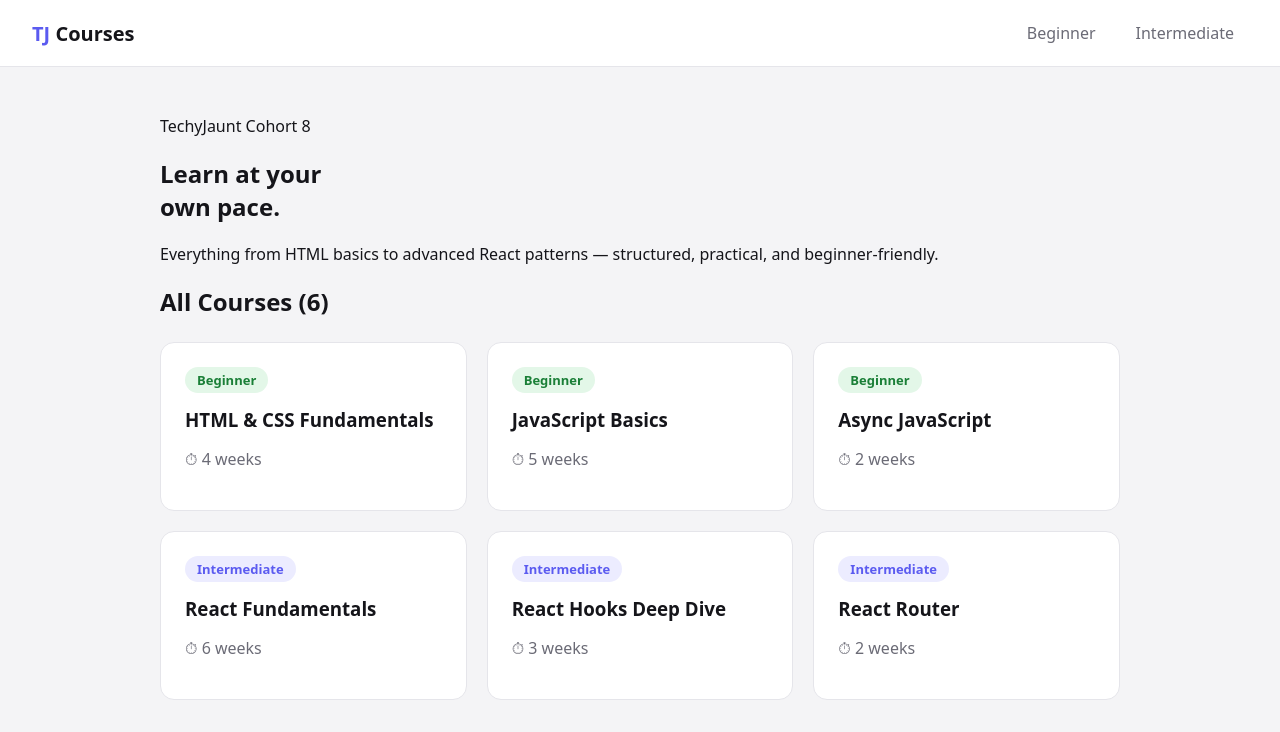
Repository: Daki-builds/Course-Catalog
Page: /
These files come from the project's save history. The page is drawn as it stood at one moment and after the next save; the edit follows.
The browser window is 1280 px wide. The pictures show the whole page.
The project was rebuilt for these pictures with package versions that can differ from the ones it lists, and the page was loaded fresh each time. Also part of the build but not shown: vite.config.js, src/Pages/CourseDetail.jsx, src/Pages/Category.jsx, src/Pages/NotFound.jsx.

Above is the page before, as saved 2026-11-04 11:48:28.

### index.html
<!doctype html>
<html lang="en">
  <head>
    <meta charset="UTF-8" />
    <link rel="icon" type="image/svg+xml" href="/favicon.svg" />
    <meta name="viewport" content="width=device-width, initial-scale=1.0" />
    <title>week-11</title>
  </head>
  <body>
    <div id="root"></div>
    <script type="module" src="/src/main.jsx"></script>
  </body>
</html>

### src/main.jsx
import React from "react";
import ReactDOM from "react-dom/client";
import { BrowserRouter } from "react-router-dom";
import App from "./App.jsx";
import "./index.css";

ReactDOM.createRoot(document.getElementById("root")).render(
  <React.StrictMode>
    <BrowserRouter>
      <App />
    </BrowserRouter>
  </React.StrictMode>,
);

### src/App.jsx
import { Routes, Route } from "react-router-dom";
import Navbar from "./components/Navbar";
import Home from "./pages/Home";
import CourseDetail from "./pages/CourseDetail";
import Category from "./pages/Category";
import NotFound from "./pages/NotFound";

export default function App() {
  return (
    <>
      <Navbar />
      <main className="container">
        <Routes>
          <Route path="/" element={<Home />} />
          <Route path="/courses/:slug" element={<CourseDetail />} />
          <Route path="/category/:category" element={<Category />} />
          <Route path="*" element={<NotFound />} />
        </Routes>
      </main>
    </>
  );
}

### src/index.css
* {
  box-sizing: border-box;
}

body {
  margin: 0;
  font-family: system-ui, sans-serif;
  background: #f4f4f6;
  color: #15151a;
}

.container {
  max-width: 1000px;
  margin: 0 auto;
  padding: 32px 20px;
}

/* Navbar */
.navbar {
  display: flex;
  align-items: center;
  gap: 12px;
  padding: 14px 32px;
  background: #fff;
  border-bottom: 1px solid #e5e5ea;
}
.logo {
  font-weight: 800;
  font-size: 20px;
  color: #5b5bf0;
  text-decoration: none;
  margin-right: auto;
}
.logo span {
  color: #15151a;
}
.nav-link {
  padding: 8px 14px;
  border-radius: 8px;
  text-decoration: none;
  color: #6b6b76;
}
.nav-link:hover {
  background: #f4f4f6;
}
.nav-link.active {
  background: #ececff;
  color: #5b5bf0;
  font-weight: 600;
}

/* Cards */
.grid {
  display: grid;
  grid-template-columns: repeat(auto-fill, minmax(260px, 1fr));
  gap: 20px;
  margin-top: 24px;
}
.card {
  background: #fff;
  border: 1px solid #e5e5ea;
  border-radius: 14px;
  padding: 24px;
  text-decoration: none;
  color: inherit;
  transition:
    transform 0.15s,
    box-shadow 0.15s;
}
.card:hover {
  transform: translateY(-3px);
  box-shadow: 0 8px 20px rgba(0, 0, 0, 0.08);
}
.card h3 {
  margin: 14px 0 8px;
}

/* Badges */
.badge {
  display: inline-block;
  padding: 4px 12px;
  border-radius: 999px;
  font-size: 13px;
  font-weight: 600;
  background: #e3f7e8;
  color: #1a7f37;
}
.badge.intermediate {
  background: #ececff;
  color: #5b5bf0;
}

.muted {
  color: #6b6b76;
}

/* Detail page */
.panel {
  background: #fff;
  border: 1px solid #e5e5ea;
  border-radius: 14px;
  padding: 24px;
  line-height: 1.7;
}
.topics {
  list-style: none;
  padding: 0;
}
.topics li {
  background: #fff;
  border: 1px solid #e5e5ea;
  border-radius: 10px;
  padding: 14px 18px;
  margin-bottom: 10px;
}

/* Buttons */
.btn,
.btn-outline {
  display: inline-block;
  padding: 12px 24px;
  border-radius: 8px;
  font-size: 16px;
  cursor: pointer;
  text-decoration: none;
}
.btn {
  background: #5b5bf0;
  color: #fff;
  border: none;
}
.btn:hover {
  background: #4a4ad8;
}
.btn-outline {
  background: #fff;
  border: 1px solid #e5e5ea;
}
.btn-outline:hover {
  background: #f4f4f6;
}

.center {
  text-align: center;
  padding: 60px 0;
}

### src/Components/Navbar.jsx
import { Link, NavLink } from "react-router-dom";

export default function Navbar() {
  const linkClass = ({ isActive }) =>
    isActive ? "nav-link active" : "nav-link";

  return (
    <nav className="navbar">
      <Link to="/" className="logo">
        TJ <span>Courses</span>
      </Link>
      <NavLink to="/category/Beginner" className={linkClass}>
        Beginner
      </NavLink>
      <NavLink to="/category/Intermediate" className={linkClass}>
        Intermediate
      </NavLink>
    </nav>
  );
}

### src/Pages/Home.jsx
import { courses } from "../data/courses";
import CourseCard from "../components/CourseCard";

export default function Home() {
  return (
    <>
      <section className="hero">
        <p className="eyebrow">TechyJaunt Cohort 8</p>
        <h1>
          Learn at your <br /> own pace.
        </h1>
        <p className="intro">
          Everything from HTML basics to advanced React patterns — structured,
          practical, and beginner-friendly.
        </p>
      </section>

      <div className="section-head">
        <h2>
          All Courses <span className="count">({courses.length})</span>
        </h2>
      </div>

      <div className="grid">
        {courses.map((c) => (
          <CourseCard key={c.slug} course={c} />
        ))}
      </div>
    </>
  );
}

### src/data/courses.js
export const courses = [
  {
    id: 1,
    slug: "html-css-fundamentals",
    title: "HTML & CSS Fundamentals",
    category: "Beginner",
    duration: "4 weeks",
    description:
      "Learn the building blocks of every website. You will understand how browsers read HTML structure and how CSS turns raw markup into a polished, responsive layout.",
    topics: [
      "HTML document structure",
      "CSS selectors and specificity",
      "The box model",
      "Flexbox",
      "Responsive design with media queries",
    ],
  },
  {
    id: 2,
    slug: "javascript-basics",
    title: "JavaScript Basics",
    category: "Beginner",
    duration: "5 weeks",
    description:
      "Write your first real programs. This course covers the core language features every JavaScript developer uses daily, from variables and loops to working with the DOM.",
    topics: [
      "Variables, data types, and operators",
      "Functions and scope",
      "Arrays and objects",
      "DOM selection and manipulation",
      "Event listeners",
    ],
  },
  {
    id: 3,
    slug: "async-javascript",
    title: "Async JavaScript",
    category: "Beginner",
    duration: "2 weeks",
    description:
      "Understand how JavaScript handles tasks that take time — like fetching data from an API. You will learn callbacks, Promises, and the async/await syntax.",
    topics: [
      "The call stack and event loop",
      "Callbacks",
      "Promises",
      "async / await",
      "Fetching data with the Fetch API",
    ],
  },
  {
    id: 4,
    slug: "react-fundamentals",
    title: "React Fundamentals",
    category: "Intermediate",
    duration: "6 weeks",
    description:
      "Build interactive UIs with React. You will learn how to think in components, manage state, pass data with props, and run side effects with hooks.",
    topics: [
      "JSX and component structure",
      "Props",
      "useState",
      "useEffect",
      "Controlled inputs",
      "Conditional rendering",
    ],
  },
  {
    id: 5,
    slug: "react-hooks-deep-dive",
    title: "React Hooks Deep Dive",
    category: "Intermediate",
    duration: "3 weeks",
    description:
      "Go beyond useState. This course covers the hooks that experienced React developers reach for every day and teaches you when — and why — to use each one.",
    topics: [
      "useRef",
      "useContext",
      "useReducer",
      "useMemo and useCallback",
      "Building custom hooks",
    ],
  },
  {
    id: 6,
    slug: "react-router",
    title: "React Router",
    category: "Intermediate",
    duration: "2 weeks",
    description:
      "Add real page navigation to your React apps. You will set up multiple routes, navigate between pages without a reload, and build dynamic routes that change based on the URL.",
    topics: [
      "BrowserRouter, Routes, and Route",
      "Link and NavLink",
      "Dynamic routes with useParams",
      "Programmatic navigation with useNavigate",
      "Handling unknown routes",
    ],
  },
];

### src/Components/CourseCard.jsx
import { Link } from "react-router-dom";

export default function CourseCard({ course }) {
  return (
    <Link to={`/courses/${course.slug}`} className="card">
      <span className={`badge ${course.category.toLowerCase()}`}>
        {course.category}
      </span>
      <h3>{course.title}</h3>
      <p className="muted">⏱ {course.duration}</p>
    </Link>
  );
}

After the next save:
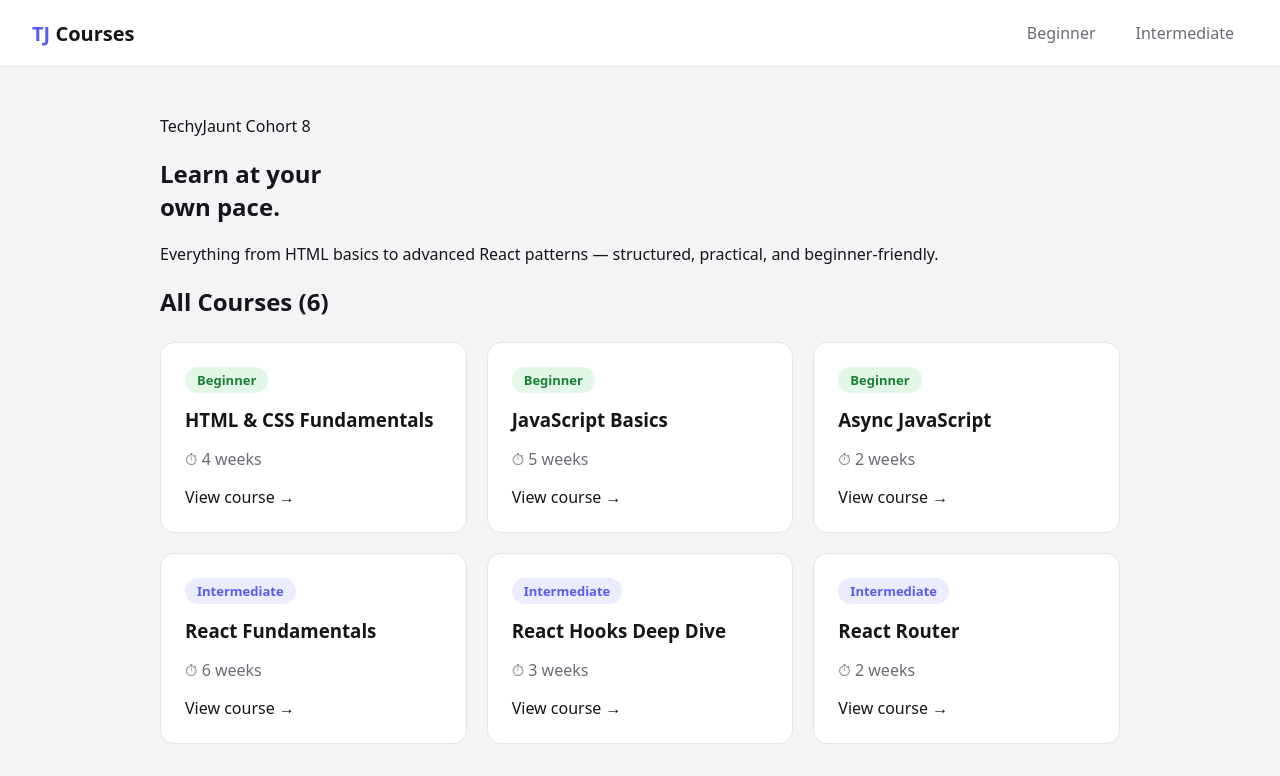
Saved 26 s later.
--- a/src/Components/CourseCard.jsx
+++ b/src/Components/CourseCard.jsx
@@ -8,6 +8,7 @@ export default function CourseCard({ course }) {
       </span>
       <h3>{course.title}</h3>
       <p className="muted">⏱ {course.duration}</p>
+      <span className="card-link">View course →</span>
     </Link>
   );
 }
